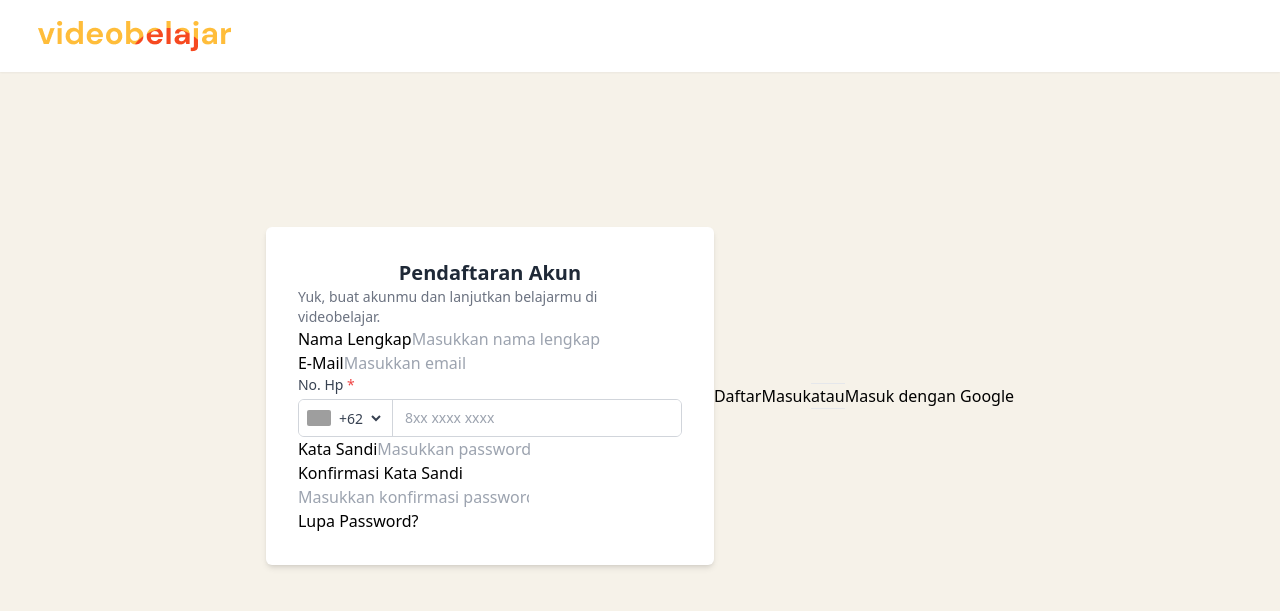
Repository: dimascahyanugraha/Course-Mission-4
Page: /signup
An editor plug-in stored every save of this project. The page is shown before and after the next save, followed by the edit.
The browser window is 1280 px wide. The pictures show the whole page.
Pictures or frames that could not be fetched are drawn as grey boxes. The project was rebuilt for these pictures with package versions that can differ from the ones it lists, and the page was loaded fresh each time. Also part of the build but not shown: vite.config.js, src/components/LoginPage.jsx.

Above is the page before, as saved 2026-05-29 10:51:02.

### index.html
<!doctype html>
<html lang="en">
  <head>
    <meta charset="UTF-8" />
    <link rel="icon" type="image/svg+xml" href="/favicon.svg" />
    <meta name="viewport" content="width=device-width, initial-scale=1.0" />
    <title>video-belajar</title>
  </head>
  <body>
    <div id="root"></div>
    <script type="module" src="/src/main.jsx"></script>
  </body>
</html>

### src/index.css
@tailwind base;
@tailwind components;
@tailwind utilities;

/* optional reset */
body {
  font-family: system-ui, sans-serif;
}

### src/App.jsx
import { BrowserRouter, Routes, Route, Navigate } from "react-router-dom"; // ← tambah Navigate
import LoginPage from "./components/LoginPage";
import Signup from "./components/Signup";

export default function App() {
  return (
    <BrowserRouter>
      <Routes>
        <Route path="/" element={<Navigate to="/login" />} />{" "}
        {/* ← tambah ini */}
        <Route path="/login" element={<LoginPage />} />
        <Route path="/signup" element={<Signup />} />
      </Routes>
    </BrowserRouter>
  );
}

### src/components/Signup.jsx
import logoVideoBelajar from "../assets/logo_video_belajar.png";
import indonesia from "../assets/indonesia.png";

export default function Signup() {
  return (
    <div className="min-h-screen bg-[#f6f2e9] flex flex-col">
      <header className="bg-white py-2 px-4 shadow-sm">
        <img src={logoVideoBelajar} alt="logo" />
      </header>

      <main className="flex flex-auto justify-center items-center px-4">
        <div className="bg-white w-full max-w-md rounded-md shadow-md p-8">
          <h2 className="text-xl font-bold text-gray-800 text-center">
            Pendaftaran Akun
          </h2>
          <p className="text-gray-500 text-sm">
            Yuk, buat akunmu dan lanjutkan belajarmu di videobelajar.
          </p>
          <form>
            <div>
              <label>Nama Lengkap</label>
              <input type="text" placeholder="Masukkan nama lengkap" />
            </div>
            <div>
              <label>E-Mail</label>
              <input type="email" placeholder="Masukkan email" />
            </div>
            {/* NO. HP */}
            <div>
              <label className="block text-sm font-medium text-gray-700">
                No. Hp <span className="text-red-500">*</span>
              </label>
              <div className="mt-1 flex rounded-md border border-gray-300 overflow-hidden focus-within:ring-2 focus-within:ring-green-500">
                <div className="flex items-center gap-1 px-2 bg-white border-r border-gray-300">
                  <img
                    src={indonesia}
                    alt="flag ID"
                    className="w-6 h-4 rounded-sm object-cover"
                  />
                  <select className="text-sm text-gray-700 focus:outline-none bg-transparent cursor-pointer pr-1">
                    <option value="+62">+62</option>
                    <option value="+18">+18</option>
                  </select>
                </div>
                <input
                  type="tel"
                  placeholder="8xx xxxx xxxx"
                  className="flex-1 px-3 py-2 text-sm text-gray-700 focus:outline-none"
                />
              </div>
            </div>{" "}
            {/* ← div No.Hp ditutup di sini */}
            <div>
              <label>Kata Sandi</label>
              <input type="password" placeholder="Masukkan password" />
            </div>
            <div>
              <label>Konfirmasi Kata Sandi</label>
              <input
                type="password"
                placeholder="Masukkan konfirmasi password"
              />
            </div>
            <div>
              <a href="#">Lupa Password?</a>
            </div>
          </form>{" "}
          {/* ← form ditutup setelah semua input */}
        </div>
        <button>Daftar</button>
        <button>Masuk</button>
        <div>
          <hr className="flex-1 border-gray-200" />
          atau
          <hr className="flex-1 border-gray-200" />
        </div>
        {/* GOOGLE SIGN IN */}
        <button>Masuk dengan Google</button>
      </main>
    </div>
  );
}

### tailwind.config.js
/** @type {import('tailwindcss').Config} */
export default {
  content: ["./indexedDB.html", "./src/**/*.{js,ts,jsx,tsx}"],
  theme: {
    extend: {},
  },
  plugins: [],
};

Loaded but not shown: src/main.jsx (common file)

After the next save:
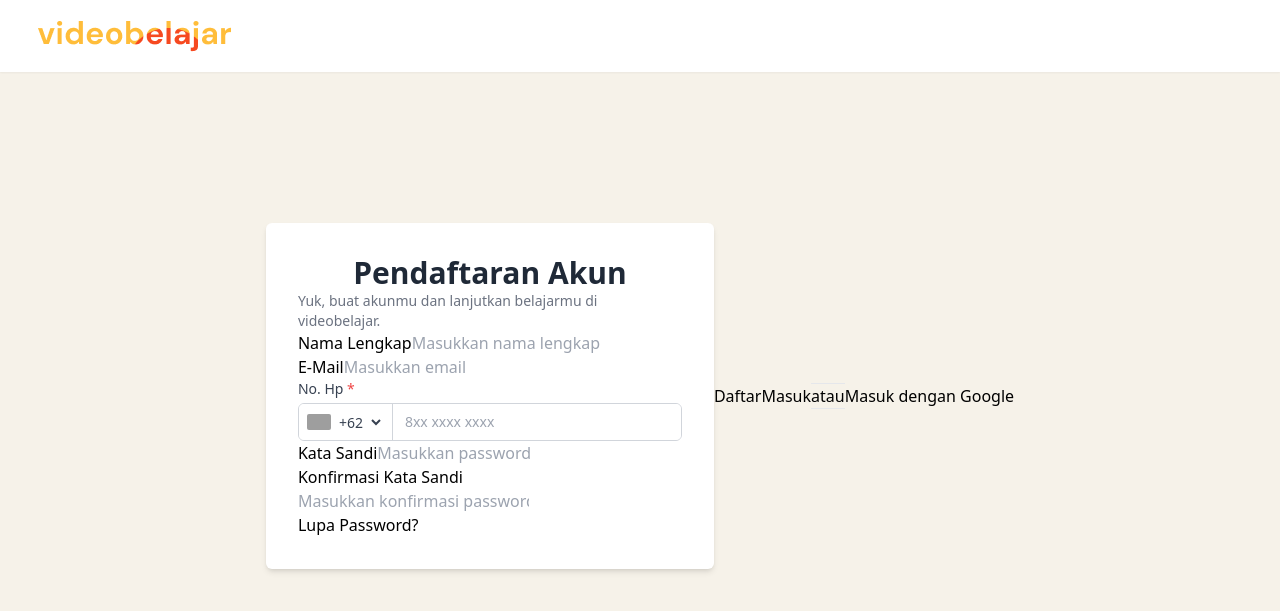
Saved 28 s later.
--- a/src/components/Signup.jsx
+++ b/src/components/Signup.jsx
@@ -10,7 +10,7 @@ export default function Signup() {
 
       <main className="flex flex-auto justify-center items-center px-4">
         <div className="bg-white w-full max-w-md rounded-md shadow-md p-8">
-          <h2 className="text-xl font-bold text-gray-800 text-center">
+          <h2 className="text-3xl font-bold text-gray-800 text-center">
             Pendaftaran Akun
           </h2>
           <p className="text-gray-500 text-sm">
